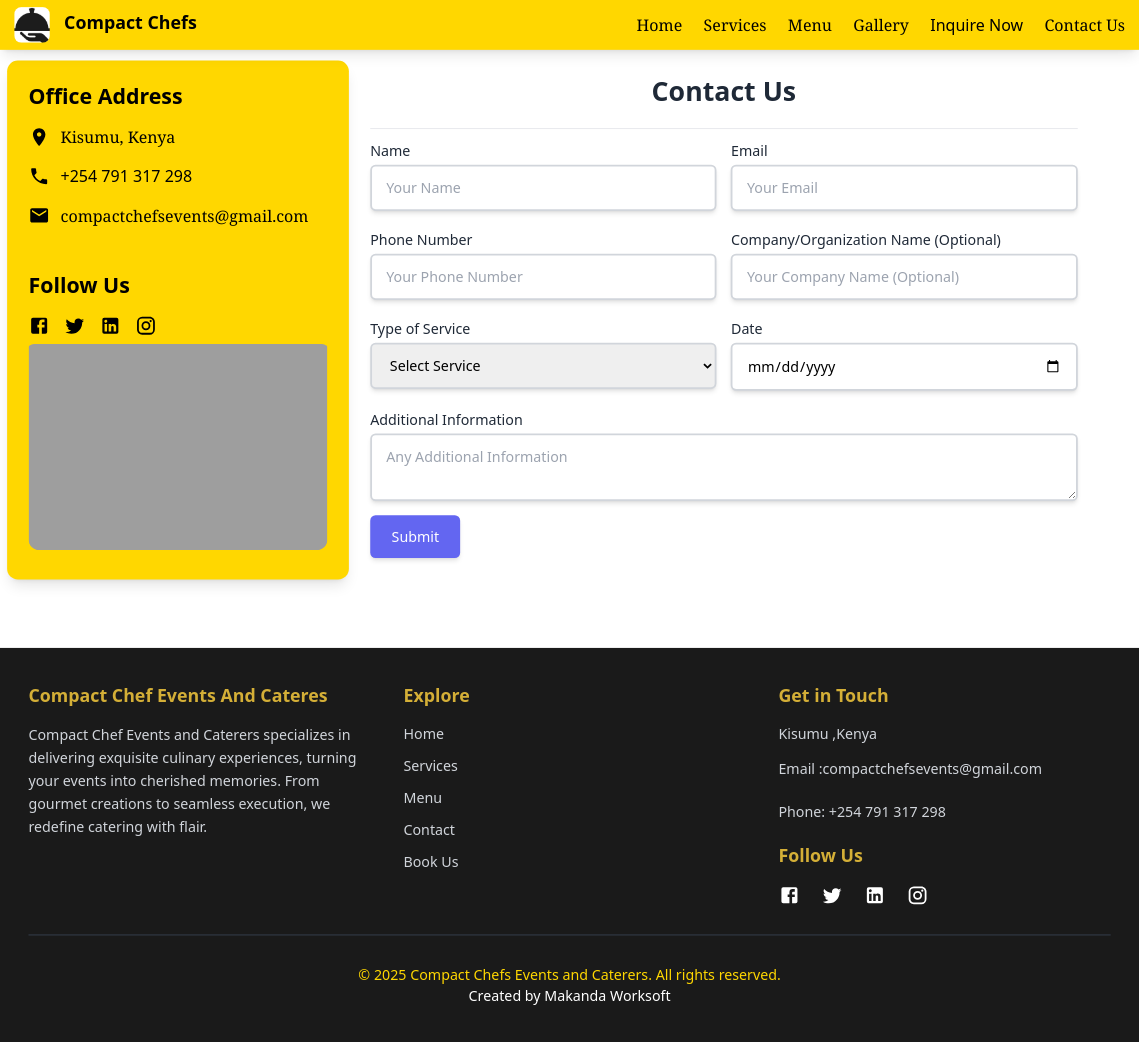
Repository: makanda596/compactchef
Page: /contact
An editor plug-in stored every save of this project. The page is shown before and after the next save, followed by the edit.
The browser window is 1280 px wide. The pictures show the whole page, at 89% of full size.
Pictures or frames that could not be fetched are drawn as grey boxes. The project was rebuilt for these pictures with package versions that can differ from the ones it lists, and the page was loaded fresh each time. Also part of the build but not shown: src/components/Hero.jsx, src/components/Client.jsx, src/components/Reviews.jsx, src/components/About.jsx, src/pages/Home.jsx, src/pages/Services.jsx, src/pages/Menu.jsx, src/pages/Book.jsx and 1 more.

Above is the page before, as saved 2025-01-21 14:40:23.

### public/index.html
<!DOCTYPE html>
<html lang="en">
  <head>
    <meta charset="utf-8" />
    <link rel="icon" href="./logo.jpg" />
    <meta name="viewport" content="width=device-width, initial-scale=1" />

    <link rel="apple-touch-icon" href="./logo.jpg" />


    <title>CompactChef Events</title>
  </head>
  <body>
    <div id="root"></div>
  </body>
</html>

### src/pages/Contact.jsx
import React, { useEffect, useState, useRef } from "react";
import LocationOnIcon from "@mui/icons-material/LocationOn";
import PhoneIcon from "@mui/icons-material/Phone";
import EmailIcon from "@mui/icons-material/Email";
import FacebookIcon from "@mui/icons-material/Facebook";
import TwitterIcon from "@mui/icons-material/Twitter";
import LinkedInIcon from "@mui/icons-material/LinkedIn";
import InstagramIcon from "@mui/icons-material/Instagram";

const Contact = () => {
    const [loading, setLoading] = useState(false);
    const [submitted, setSubmitted] = useState(false);
    const formRef = useRef(null); // Create a reference to the form

    const onSubmit = async (event) => {
        event.preventDefault();

        const formData = new FormData(event.target);
        formData.append("access_key", "1a963b75-8bc9-43a3-b79f-457662aa4798"); // Replace with your actual access key

        const object = Object.fromEntries(formData);
        const json = JSON.stringify(object);

        try {
            setLoading(true); // Set loading state to true
            const res = await fetch("https://api.web3forms.com/submit", {
                method: "POST",
                headers: {
                    "Content-Type": "application/json",
                    Accept: "application/json",
                },
                body: json,
            });

            const result = await res.json();
            if (result.success) {
                setLoading(false);
                setSubmitted(true); // Set submitted state to true on success

                // Reset the form fields
                if (formRef.current) {
                    formRef.current.reset(); // This will reset the input fields
                }
            } else {
                setLoading(false);
                alert("There was an error submitting the form. Please try again.");
            }
        } catch (error) {
            setLoading(false);
            console.error("Error:", error);
            alert("Failed to fetch. Please check your internet connection.");
        }
    };

    // Add the script for ElfSight after the component is mounted
    useEffect(() => {
        const script = document.createElement("script");
        script.src = "https://static.elfsight.com/platform/platform.js";
        script.async = true;
        document.body.appendChild(script);

        return () => {
            document.body.removeChild(script); // Cleanup the script
        };
    }, []);

    return (
        <div className="min-h-screen py-1 px-2 mt-2 w-full sm:py-12">
            <div className="relative py-3 sm:max-w-full sm:mx-auto">
                <div className="relative px-0 py-10  s w-full sm:rounded-3xl sm:p-0">
                    <div className="flex flex-wrap w-full">
                        <div className="w-full sm:w-96 p-6 bg-gold text-black rounded-xl shadow-lg">
                            <div className="pb-6">
                                <h2 className="text-xl md:text-2xl font-bold mb-4">Office Address</h2>
                                <div className="space-y-4">
                                    <p className="flex items-center">
                                        <LocationOnIcon className="mr-3 text-xl md:text-2xl" />
                                        <span className="font-serif text-base md:text-lg hover:text-blue-600">Kisumu, Kenya</span>
                                    </p>
                                    <p className="flex items-center">
                                        <PhoneIcon className="mr-3 text-xl md:text-2xl" />
                                        <a href="tel:+254791317298" target="_blank" rel="noopener noreferrer " className="font-sans text-base md:text-lg hover:text-blue-600">
                                            +254 791 317 298
                                        </a>
                                    </p>
                                    <p className="flex items-center">
                                        <EmailIcon className="mr-3 text-xl md:text-2xl" />
                                        <a href="mailto:compactchefsevents@gmail.com" className=" hover:text-blue-600 font-serif text-base md:text-lg" target="_blank" rel="noopener noreferrer">
                                            compactchefsevents@gmail.com
                                        </a>
                                    </p>
                                </div>
                            </div>

                            <div className="pt-1 md:pt-6">
                                <h2 className="text-xl md:text-2xl font-bold mb-2 md:mb-4">Follow Us</h2>
                                <div className="flex space-x-4 justify-start">
                                    <a href="https://www.facebook.com/yourpage" target="_blank" rel="noopener noreferrer" className="hover:text-blue-400 transition-colors">
                                        <FacebookIcon fontSize="medium" />
                                    </a>
                                    <a href="https://twitter.com/yourhandle" target="_blank" rel="noopener noreferrer" className="hover:text-blue-400 transition-colors">
                                        <TwitterIcon fontSize="medium" />
                                    </a>
                                    <a href="https://www.linkedin.com/company/yourcompany" target="_blank" rel="noopener noreferrer" className="hover:text-blue-400 transition-colors">
                                        <LinkedInIcon fontSize="medium" />
                                    </a>
                                    <a href="https://www.instagram.com/yourhandle" target="_blank" rel="noopener noreferrer" className="hover:text-blue-400 transition-colors">
                                        <InstagramIcon fontSize="medium" />
                                    </a>
                                </div>
                            </div>

                            <img
                                src="https://res.cloudinary.com/db5pgr14l/image/upload/v1736265751/wedding_nfkcue.jpg"
                                alt=""
                                className="w-full h-60 object-cover rounded-xl pt-2"
                            />
                        </div>

                        {/* Right Column */}
                        <div className="w-full p-6 pt-4 md:w-2/3">
                            <div className="divide-y divide-gray-200 space-y-0">
                                <div className="pb-6 text-center">
                                    <h1 className="text-3xl font-bold text-gray-800">Contact Us</h1>
                                </div>

                                <form ref={formRef} onSubmit={onSubmit}>
                                    <div className="grid grid-cols-1 sm:grid-cols-2 gap-4 pt-2">
                                        <div className="flex flex-col">
                                            <label className="leading-loose text-gray-800">Name</label>
                                            <input
                                                type="text"
                                                name="name"
                                                required="true"
                                                className="px-4 py-3 w-full border-2 border-gray-300 rounded-md shadow-md focus:ring-2 focus:ring-indigo-500 transition-colors"
                                                placeholder="Your Name"
                                            />
                                        </div>
                                        <div className="flex flex-col">
                                            <label className="leading-loose text-gray-800">Email</label>
                                            <input
                                                type="email"
                                                name="email"
                                                required="true"
                                                className="px-4 py-3 w-full border-2 border-gray-300 rounded-md shadow-md focus:ring-2 focus:ring-indigo-500 transition-colors"
                                                placeholder="Your Email"
                                            />
                                        </div>
                                        <div className="flex flex-col">
                                            <label className="leading-loose text-gray-800">Phone Number</label>
                                            <input
                                                type="number"
                                                name="phone"
                                                required="true"
                                                className="px-4 py-3 w-full border-2 border-gray-300 rounded-md shadow-md focus:ring-2 focus:ring-indigo-500 transition-colors"
                                                placeholder="Your Phone Number"
                                            />
                                        </div>
                                        <div className="flex flex-col">
                                            <label className="leading-loose text-gray-800">Company/Organization Name (Optional)</label>
                                            <input
                                                type="text"
                                                name="company"
                                                className="px-4 py-3 w-full border-2 border-gray-300 rounded-md shadow-md focus:ring-2 focus:ring-indigo-500 transition-colors"
                                                placeholder="Your Company Name (Optional)"
                                            />
                                        </div>
                                        <div className="flex flex-col">
                                            <label className="leading-loose text-gray-800">Type of Service</label>
                                            <select
                                                name="service_type"
                                                required="true"
                                                className="px-4 py-3 w-full border-2 border-gray-300 rounded-md shadow-md focus:ring-2 focus:ring-indigo-500 transition-colors"
                                            >
                                                <option value="">Select Service</option>
                                                <option value="wedding">Wedding Events</option>
                                                <option value="corporate">Corporate Event</option>
                                                <option value="birthday">Birthday Party</option>
                                                <option value="other">Catering Services</option>
                                                <option value="other">Event Plannig</option>
                                                <option value="other">Baby Showers</option>
                                                <option value="other">Private Events</option>
                                                <option value="other">Other</option>
                                            </select>
                                        </div>
                                        <div className="flex flex-col">
                                            <label className="leading-loose text-gray-800">Date</label>
                                            <input
                                                type="date"
                                                name="date"
                                                required="true"
                                                className="px-4 py-3 w-full border-2 border-gray-300 rounded-md shadow-md focus:ring-2 focus:ring-indigo-500 transition-colors"
                                            />
                                        </div>
                                        <div className="flex flex-col sm:col-span-2">
                                            <label className="leading-loose text-gray-800">Additional Information</label>
                                            <textarea
                                                name="additional_info"
                                                required="true"
                                                className="px-4 py-3 w-full border-2 border-gray-300 rounded-md shadow-md focus:ring-2 focus:ring-indigo-500 transition-colors"
                                                placeholder="Any Additional Information"
                                            ></textarea>
                                        </div>
                                    </div>

                                    <div className="pt-4">
                                        <button
                                            type="submit"
                                            className="bg-indigo-500 text-white px-6 py-3 rounded-md shadow-md hover:bg-indigo-600 transition-colors"
                                        >
                                            {loading ? "Submitting..." : "Submit "}
                                        </button>
                                    </div>
                                </form>
                            </div>

                            <div className="form-right">
                                <div className="elfsight-app-1552705b-cfc2-43a1-8c52-a2f88696bc8e" data-elfsight-app-lazy></div>
                            </div>
                        </div>
                    </div>
                </div>
            </div>

            {
                submitted && (
                    <div className="fixed inset-0 flex items-center justify-center bg-black bg-opacity-50">
                        <div className="bg-white rounded-lg p-6 text-center shadow-lg">
                            <h2 className="text-2xl font-bold text-gray-800 mb-4"> Submitted!</h2>
                            <p className="text-gray-600 mb-6">
                                Thank you for your Contacting Us. We’ll get back to you soon.
                            </p>
                            <button
                                onClick={() => setSubmitted(false)}
                                className="bg-[#8b8000] text-white py-2 px-6 rounded-lg hover:bg-[#a08d00]"
                            >
                                Close
                            </button>
                        </div>
                    </div>
                )
            }
        </div >
    );
};

export default Contact;

### src/components/Navbar.jsx
import React, { useState } from "react";
import logo from '../assets/logo.jpg'
const Navbar = () => {
    const [isOpen, setIsOpen] = useState(false);

    return (
        <nav className="bg-gold shadow-lg fixed top-0 z-50 w-full">
            <div className="container mx-auto px-4 flex justify-between items-center h-12 md:h-14">

                <div className="text-black font-bold text-xl flex space-x-4">
                    <img src={logo} alt="" className="w-10 rounded-lg object-cover" />
                    <p className="py-1">Compact Chefs</p></div>

                <div className="lg:hidden">
                    <button
                        onClick={() => setIsOpen(!isOpen)}
                        className="text-black focus:outline-none"
                    >
                        <svg
                            className="w-6 h-6"
                            xmlns="http://www.w3.org/2000/svg"
                            fill="none"
                            viewBox="0 0 24 24"
                            stroke="currentColor"
                        >
                            {isOpen ? (
                                <path
                                    strokeLinecap="round"
                                    strokeLinejoin="round"
                                    strokeWidth="2"
                                    d="M6 18L18 6M6 6l12 12"
                                />
                            ) : (
                                <path
                                    strokeLinecap="round"
                                    strokeLinejoin="round"
                                    strokeWidth="2"
                                    d="M4 6h16M4 12h16M4 18h16"
                                />
                            )}
                        </svg>
                    </button>
                </div>

                {/* Links for Desktop */}
                <div className="hidden lg:flex   space-x-6 text-lg ">
                    <a href="/" className=" text-black font-serif hover:text-white">
                        Home
                    </a>
                    <a href="services" className="text-black font-serif hover:text-white">
                        Services
                    </a>
                    <a href="menu" className="text-black font-serif hover:text-white">
                        Menu
                    </a>

                    <a href="gallery" className="text-black font-serif hover:text-white">
                        Gallery
                    </a>
                    <a href="book" className="text-black font-serife hover:text-white" target="_blank" >
                        Inquire Now
                    </a>
                    <a href="contact" className="text-black font-serif hover:text-white">
                        Contact Us
                    </a>

                </div>
            </div>

            {/* Mobile Menu */}
            {
                isOpen && (
                    <div className="lg:hidden bg-black">
                        <a
                            href="/"
                            className="block py-2 px-4 text-white hover:bg-gold"
                        >
                            Home
                        </a>
                        <a
                            href="services"
                            className="block py-2 px-4 text-white hover:bg-gold"
                        >
                            Services
                        </a>
                        <a
                            href="menu"
                            className="block py-2 px-4 text-white hover:bg-gold"
                        >
                            Menu
                        </a>
                        <a href="gallery" className="block py-2 px-4 text-white hover:bg-gold">
                            Gallery
                        </a>
                        <a
                            href="book" target="_blank"
                            className="block py-2 px-4 text-white hover:bg-gold"
                        >
                            Inquire Now
                        </a>
                        <a
                            href="contact"
                            className="block py-2 px-4 text-white hover:bg-gold"
                        >
                            Contact
                        </a>

                    </div>
                )
            }
        </nav >
    );
};

export default Navbar;

Loaded but not shown: src/index.js (common file); src/index.css (common file); src/reportWebVitals.js (common file); src/App.js (32 lines, source omitted); tailwind.config.js (25 lines, source omitted); src/components/Footer.jsx (107 lines, source omitted)

After the next save:
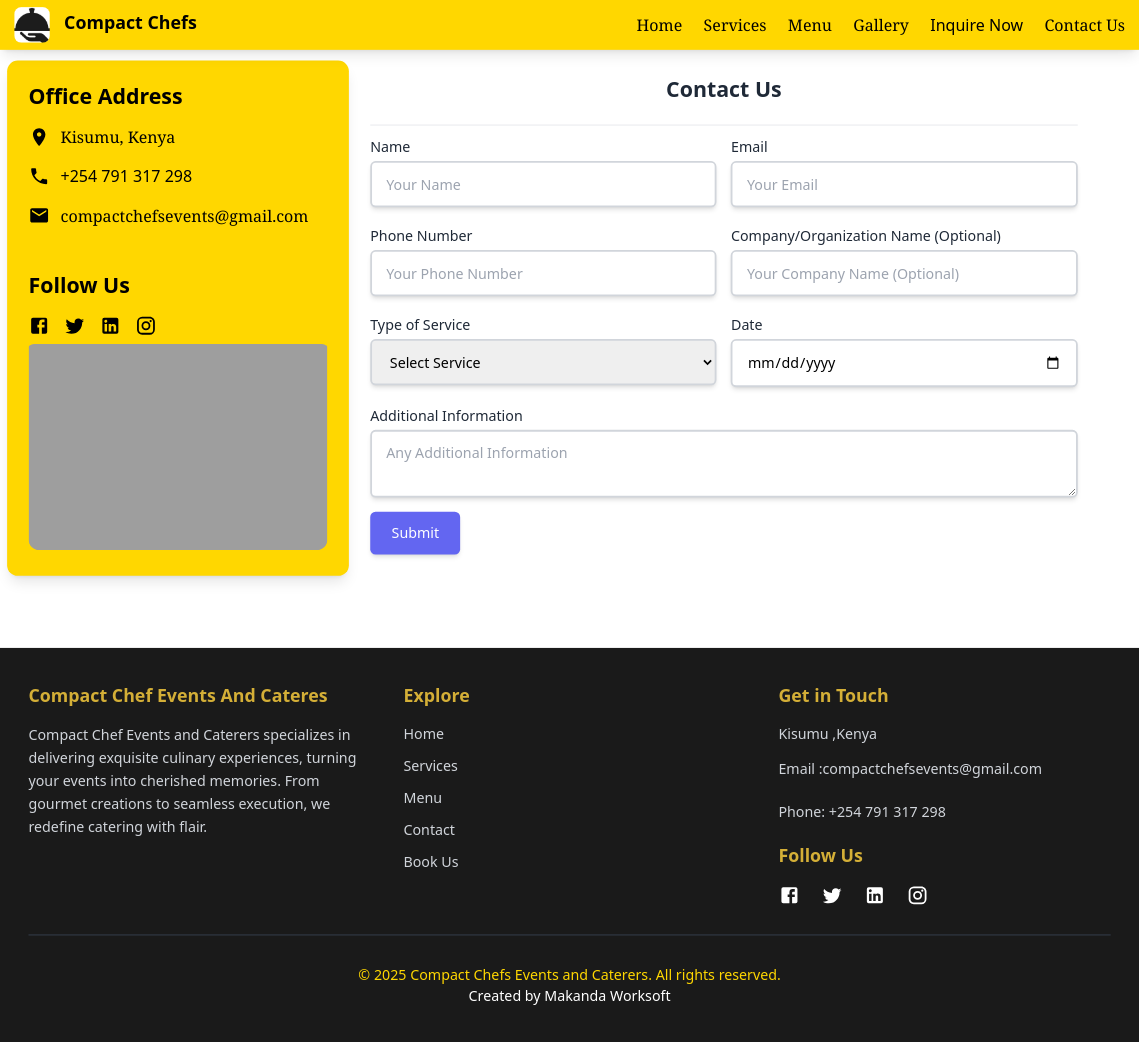
Saved 21 s later.
--- a/src/pages/Contact.jsx
+++ b/src/pages/Contact.jsx
@@ -121,7 +121,7 @@ const Contact = () => {
                         <div className="w-full p-6 pt-4 md:w-2/3">
                             <div className="divide-y divide-gray-200 space-y-0">
                                 <div className="pb-6 text-center">
-                                    <h1 className="text-3xl font-bold text-gray-800">Contact Us</h1>
+                                    <h1 className="text-2xl font-bold text-gray-800">Contact Us</h1>
                                 </div>
 
                                 <form ref={formRef} onSubmit={onSubmit}>
